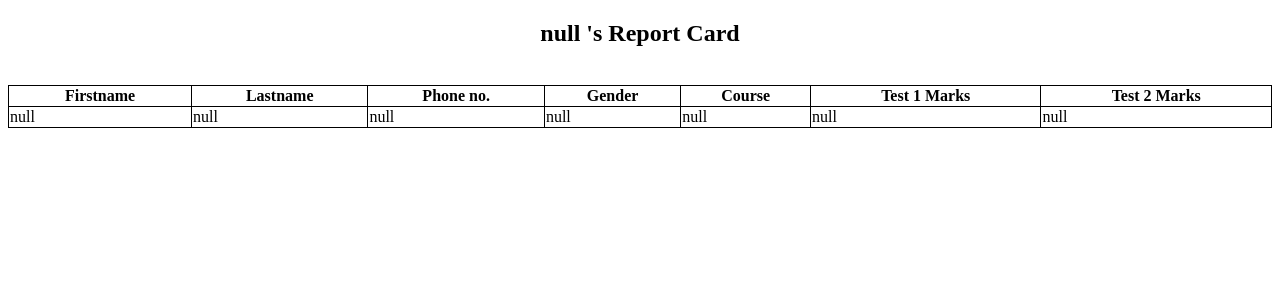
Repository: MriOj/OnlineExamPortal
Page: http://localhost/ExamPortal/reportcard.jsp
An editor plug-in stored every save of this project. The page is shown before and after the next save, followed by the edit.
The browser window is 1280 px wide. The pictures show the whole page.
The page is served by Tomcat 9. The template is opened directly, without the code that normally fills it, so the values that code supplies are empty.

Above is the page before, as saved 2021-09-05 09:48:50.

After the next save:
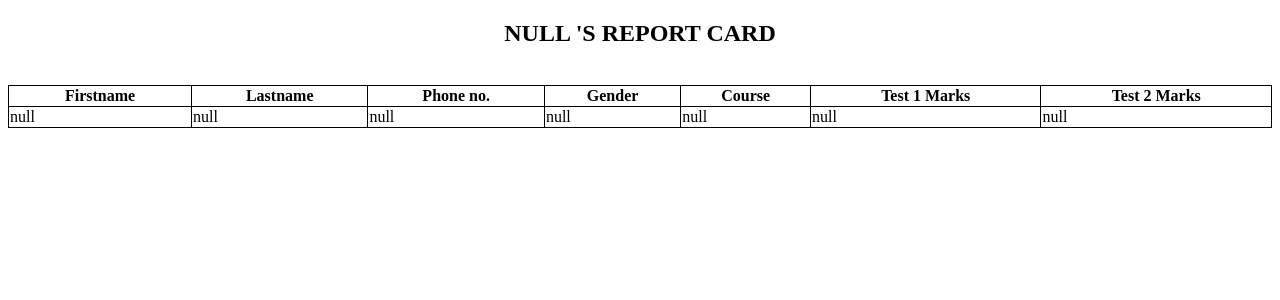
Saved 48 s later.
--- a/ExamPortal/src/main/webapp/reportcard.jsp
+++ b/ExamPortal/src/main/webapp/reportcard.jsp
@@ -18,7 +18,9 @@ table {
   width: 100%;
 }
 h2{
-text-align:center;}
+text-align:center;
+text-transform:uppercase;
+}
 </style>
 </head>
 <body>
